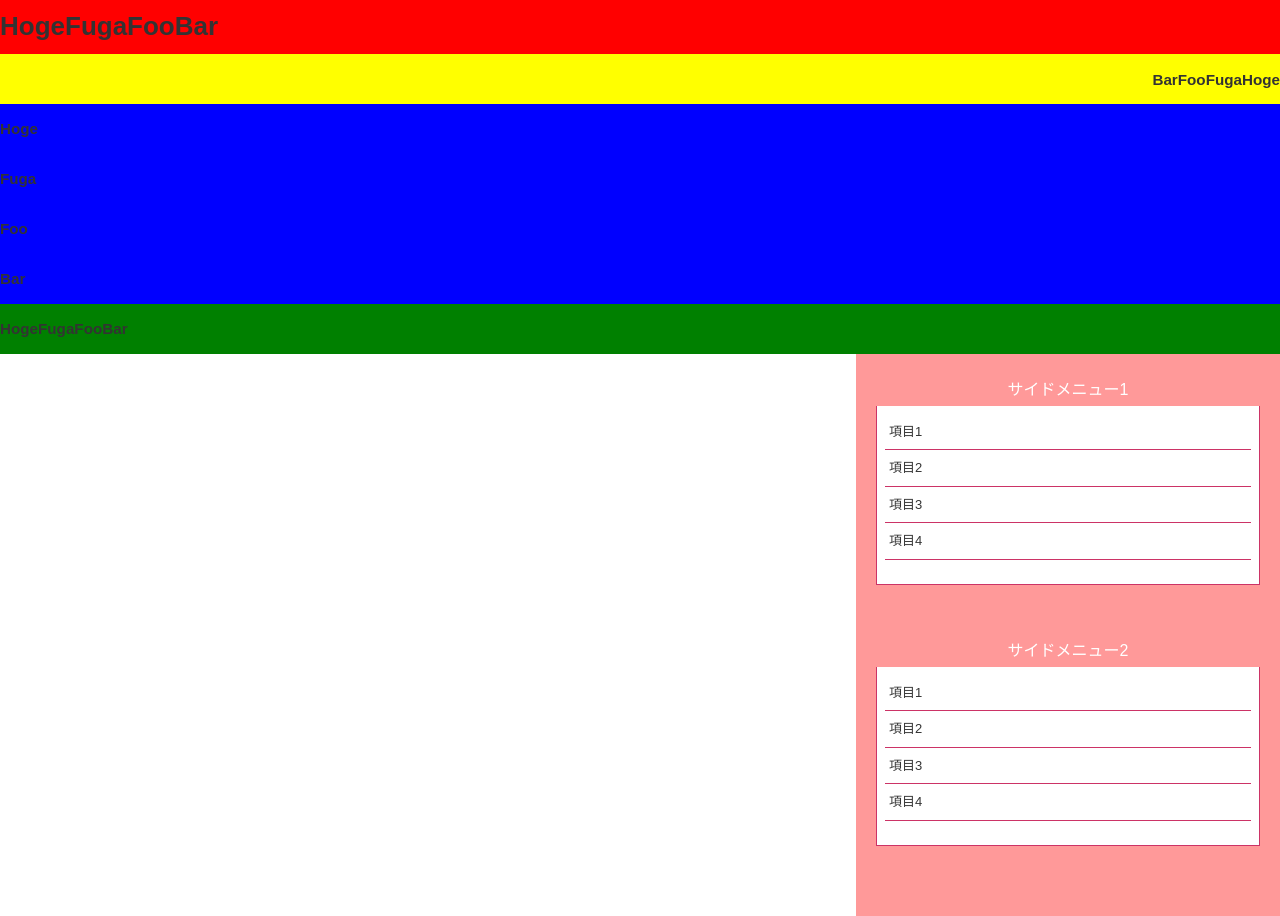
Repository: hyugo0804-xx/samurai_HTML-CSS
Page: sample.html
The author's editor kept a record of every edit. The page is drawn from the files as they stood at one moment, then again after the next edit.
The browser window is 1280 px wide. The pictures show the whole page.

Above is the page before.

### sample.html
<!DOCTYPE html>
<html lang="ja">
<head>
  <meta charset="UTF-8">
  <meta name="viewport" content="width=device-width, initial-scale=1.0">
  <meta http-equiv="X-UA-Compatible" content="ie=edge">
  <link rel="stylesheet" href="stylesheet.css" />
  <title>Document</title>

  <style>
    #sort {
      display: flex;
      flex-direction: row;
      background-color: red;
    }

    #reverse {
      display: flex;
      flex-direction: row-reverse;
      background-color:yellow;
    }

    #column {
      display: flex;
      flex-direction: column;
      background-color: blue;
    }

    #column-reverse {
      display: flex;
      flex-direction: column-reverde;
      background-color: green;
    }

  </style>
</head>
<body>
  <div id="sort">
      <h1>Hoge</h1>
      <h1>Fuga</h1>
      <h1>Foo</h1>
      <h1>Bar</h1>
  </div>

  <div id="reverse">
       <h3>Hoge</h3>
       <h3>Fuga</h3>
       <h3>Foo</h3>
       <h3>Bar</h3>
  </div>

  <div id="column">
       <h3>Hoge</h3>
       <h3>Fuga</h3>
       <h3>Foo</h3>
       <h3>Bar</h3>
  </div>

  <div id="column-reverse">
       <h3>Hoge</h3>
       <h3>Fuga</h3>
       <h3>Foo</h3>
       <h3>Bar</h3>
  </div>



<div id="side">
                <div class="box">
                   <h2>サイドメニュー1</h2>
                  <div class="boxBody">
                        <ul>
                            <li>項目1</li>
                            <li>項目2</li>
                            <li>項目3</li>
                            <li>項目4</li>
                        </ul>
                    </div>
                </div>
                <div class="box">
                    <h2>サイドメニュー2</h2>
                    <div class="boxBody">
                        <ul>
                           <li>項目1</li>
                            <li>項目2</li>
                            <li>項目3</li>                            <li>項目4</li>
                        </ul>
                    </div>
                </div>
            </div>
  </body>
  </html>

### stylesheet.css
@charset "utf-8";

body {
    margin: 0;
    padding: 0;
    font-family: "ヒラギノ角ゴ　Pro W3", "Hiragino Kaku Gothic Pro" , "メイリオ" , Meiryo, Osaka, "MS Pゴシック", "MS PGothic", sans-serif;
    color: #333;
    font-size: 13px;
    line-height: 150%;

}

/*-------------wrapper-------------------*/

#wrapper {
     width: 100%;
     margin:auto;
     padding: 0px;
     border: 0px;
     background-color: #FFF;
     top:10px;

}

  /*------------- header -------------------*/
  #header {
         width: 100%;

  }
  #header h1 {
          margin: 0;
          padding: 0;
  }

  #corridor {
    width: 100%;
    height: auto;
  }

  /*------------- footer -----------------------*/
  #footer {
    clear: both;
    width: 100%;
    padding: 3px 0 3px 0;
    background: #39F;
    color: #FFF;
    font-weight: bold;
    text-align: center;

  }



   /*------------- nav -------------------------------*/

   #nav {
     width: 100%;

   }
   #nav ul {

    margin: 0;
    padding: 0;
    list-style-type: none;

   }
   #nav ul li {

        float: left;
        width: 20%;
        text-align: center;
   }
   #nav ul li a {

     display: block;
     height: 20px;
     margin: 0;
     padding: 10px;
     color: #FFF;
     font-size: 20px;
     text-decoration: none;
     background-color: green;
   }

   #nav ul li a:hover {
       filter: dorop-shadow(10px 10px 10px black);
   }

   /*--------------- container ---------------------*/
   #container {
       width: 100%;
       margin:auto;
       padding: auto;
       padding-top: 20px;
       clear: both;
   }
   /*---------------main -----------------------------*/
   #main {
     float: left;
     width: 50%;
     padding: 10px 30px 10px 10px;
   }

   #main h2 {
     margin:0 0 10px 0;
     padding: 3px 10px 3px 10px;

     font-size: 16px;
     border-left: solid 10px #C00;
     background: #F90;

   }

   #main p {
     marigin: 0;
     padding: 0;
   }
   #main .post {
     margin:0 0 30px 0;

   }
   #main .post img.right {
     margin: 0 0 0 8px;
   }
   #main .post img.left {
     margin:0 8px 0 0;
   }

   .right {
      float: right;
      width: 40%;
      height: auto;
   }
   .left {
      float: left;
      width: 40%;
      height: auto;
   }

   /*----------------clearfix--------------*/
   .clearfix {
     zoom: 1;
   }
   .clearfix:after {
     content:"";
     display: block;
     clear: both;
   }


   /*---------------- side -------------------*/
   #side {
 	 float: right;
 	 width: 30%;
 	 padding: 20px;
 	 background-color: #F99;
 }
 #side .box {
 	 margin: 0 auto 30px auto;
 	 padding: 0 0 20px 0;
 	 background:　no-repeat;
 }
 #side .box h2 {
 	 margin: 0;
 	 padding: 8px;
 	 text-align: center;
 	 color: #fff;
 	 font-size: 16px;
 	 line-height: 16px;
 	 font-weight: normal;
 	 background:  center no-repeat;
 }
 #side .box .boxBody {
 	 padding: 8px;
 	 border-right: solid 1px #C36;
 	 border-bottom: solid 1px #C36;
 	 border-left: solid 1px #C36;
 	 background: #fff;
 }
 #side .box .boxBody ul {
 	 margin: 0 0 16px 0;
 	 padding: 0;
 }
 #side .box .boxBody ul li {
 	 padding: 8px 0 8px 4px;
 	 list-style: none;
 	 border-bottom: solid 1px #C36;
 }

 #side .box .boxBody ul li:hover {
      padding: 8px 4px;
      list-style:none;
      border-bottom: solid 1px #C36;
      box-shadow: 0px 4px 4px rgba(0, 0, 0, 0.3);
 }

After the next edit:
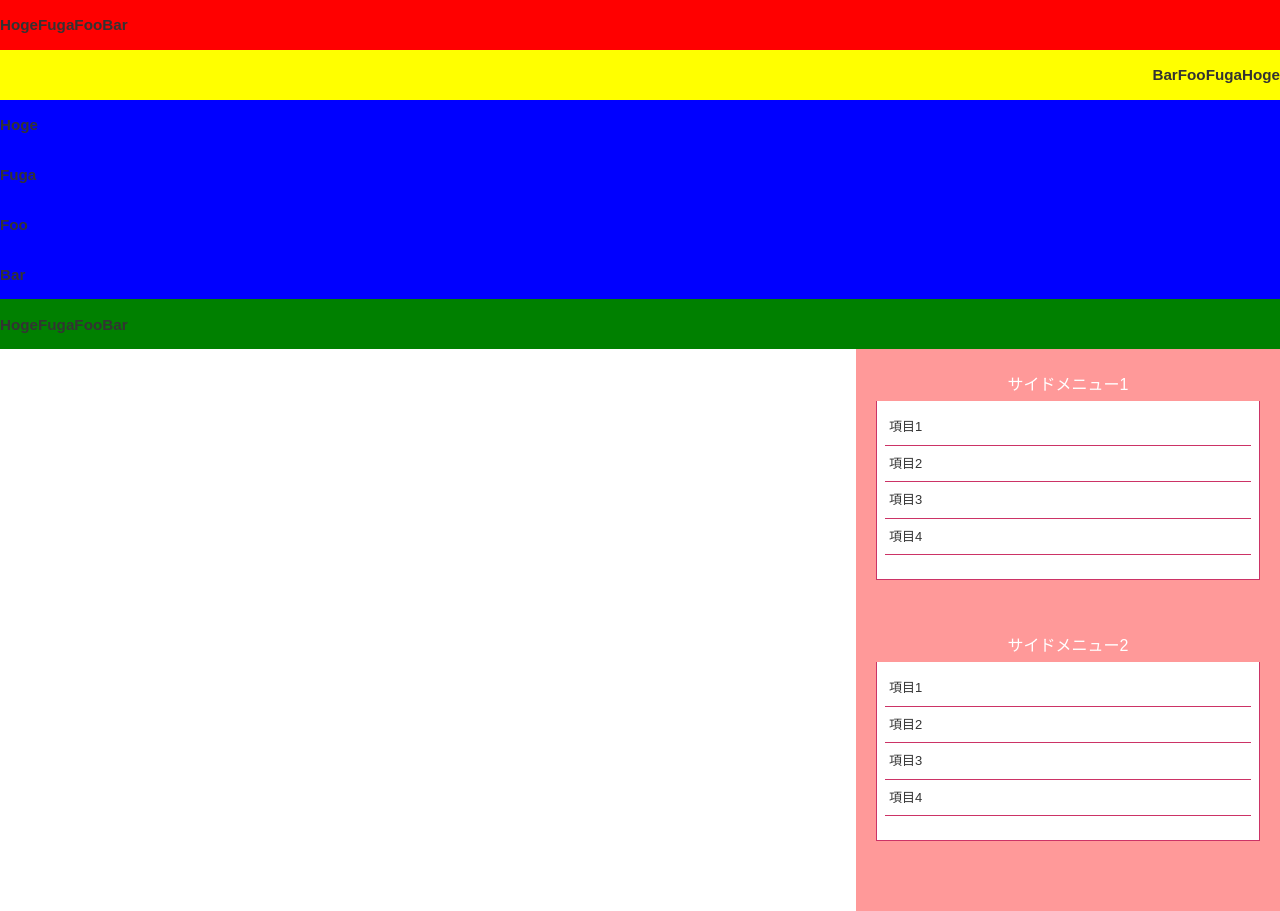
The edit:
--- a/sample.html
+++ b/sample.html
@@ -36,10 +36,10 @@
 </head>
 <body>
   <div id="sort">
-      <h1>Hoge</h1>
-      <h1>Fuga</h1>
-      <h1>Foo</h1>
-      <h1>Bar</h1>
+      <h3>Hoge</h3>
+      <h3>Fuga</h3>
+      <h3>Foo</h3>
+      <h3>Bar</h3>
   </div>
 
   <div id="reverse">
